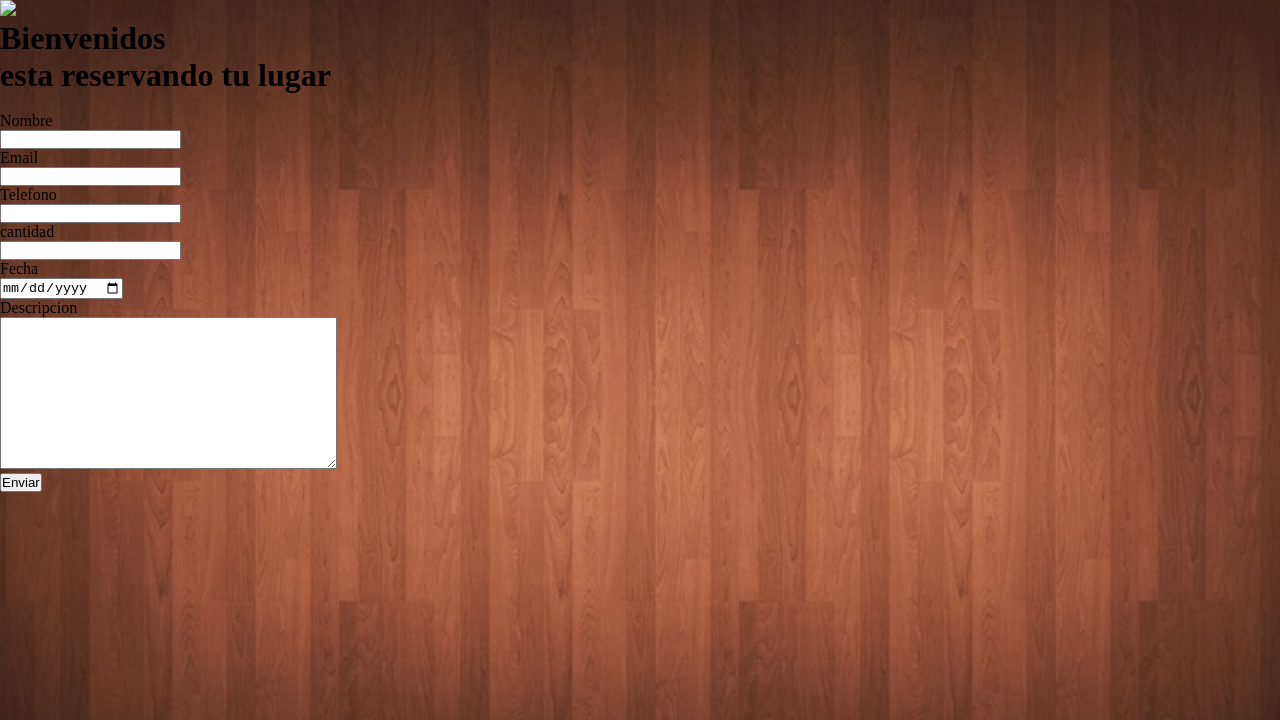
Repository: ye909/aplicacion_restaurante
Page: public/templeis/reserva.html
An editor plug-in stored every save of this project. The page is shown before and after the next save, followed by the edit.
The browser window is 1280 px wide. The pictures show the whole page.

Above is the page before, as saved 2024-10-30 22:39:25.
Not found: public/imagenes/reserva.jpg

### public/templeis/reserva.html
<!DOCTYPE html>
<html lang="en">

<head>
    <meta charset="UTF-8">
    <meta name="viewport" content="width=device-width, initial-scale=1.0">
    <link rel="stylesheet" href="../css/reserva.css">
    <title>Document</title>
</head>

<body>


    <div class="container">
        <img src="../imagenes/reserva.jpg">

        <div class="container_rererva">

            <form action="">
                <h1>Bienvenidos <br>esta reservando tu lugar</h1><br>
                <label for="">Nombre </label><br>
                <input type="text" required>

                <br>
                <label for="">Email<br>
                    <input type="text">
                </label>
                <br>
                <label for="">Telefono<br>
                    <input type="text" required>
                </label>
                <br>
                <label for="">cantidad<br>
                    <input type="number">
                </label>
                <br>
                <label for="">Fecha<br>
                    <input type="date">
                </label>
                <br>
                <label for="">Descripcion<br>
                    <textarea name="" id="" cols="40" rows="10"></textarea>
                </label>
                <br>

                <button>Enviar</button>
            </form>
        </div>
    </div>

</body>

</html>

### public/css/reserva.css


*{
    margin: 0;
    padding: 0;
}
    body{
    background-image:url(/public/imagen/fondo_card.jpg);
    background-repeat:no-repeat;
    box-sizing:border-box;
    background-attachment: fixed;
    background-size:100%;
}
/* .container_fondo{

    display: flex;
    justify-content: space-around;
    align-items: center;
    flex-direction: row;
    flex-wrap: wrap;
    margin-right: 20px;
    } */
  /* .container {
    margin-top: 20px;
    width: 30%;
    background-color: white;
    padding: 20px;
    border-radius: 8px;
    background:rgba(14, 13, 13,0.3);
    display: none;
  }
  .title {
    text-align: center;
    font-size: 24px;
    margin-bottom: 20px;
  }

  .form-group {
    margin-bottom: 15px;
  }
  h2,h1{
    color:yellow;
  }
  label { */
    /* display: block; */
    /* margin-bottom: 5px; */
    /* color:white;
    font-size: 15px;
  }
  input, textarea {
    width: 90%;
    padding: 10px;
    border: 1px solid #ccc;
    border-radius: 4px;
  }
  .inline-group {
    display: flex;
    gap: 10px;

  }
  .inline-group > div {
    width: 46%;
  }
  textarea {
    resize: vertical;
  }


  .submit-button {
    width: 45%;
    padding: 6px;
    background-color: transparent;
    color: white;
    border: none;
    border-radius: 4px;
    font-size: 16px;
    cursor: pointer;
    border:1px solid black;

    border-radius:6px;
  }

  .submit-button:hover {
    background-color: black;
    box-shadow: 1px 1px 1px #0056b3;
  }
  input:focus{
    outline: none;
    }
    select{
        padding: 4px;

    }
    .texto_reserva img{
      object-fit: cover;
      width: 20%;
   animation: animacionglobo 2s 2 linear;
    }
@keyframes animacionglobo {
  from{
opacity: 1;
  }to{
    transform:rotate(360deg);
  }
}
    .texto_reserva{
      display: none;
      width: 40%;
      top: 100px;
      position: fixed;
      text-align: center;
      background:rgba(252, 249, 249,0.4);
      z-index: 22;
      text-wrap:balance;
      line-height: 2;
   border-radius: 10px ;
   animation: animacion 2s  1;

    }
    @keyframes animacion{
from{
  opacity: 0;
  transform: translateY(-400px);
}to{
  opacity: 1;
}
  }



    .container{
    /* display: none;
    }
    .texto_reserva div{
      display: flex;
      justify-content: flex-end;
      font-size: 24px;
      color:red;
      margin: -10px 5px;
      cursor: pointer;
    }
    .texto_reserva p{
      width: 96%;
      margin: 10px;
      padding: 10px;
      font-size: 20px;
    }

    .info{

      font-size: 20px;
  margin-left: 60px;

  }
 */

After the next save:
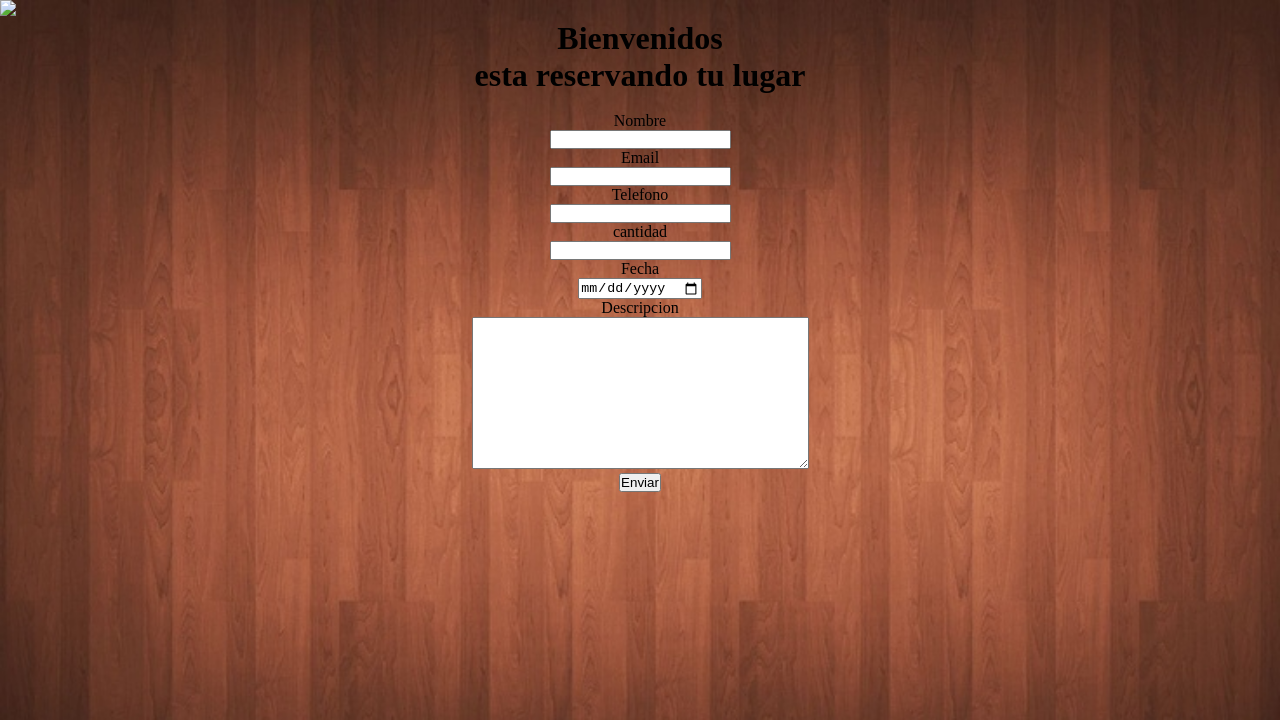
Saved 44 s later.
--- a/public/css/reserva.css
+++ b/public/css/reserva.css
@@ -10,6 +10,9 @@
     box-sizing:border-box;
     background-attachment: fixed;
     background-size:100%;
+}
+.container_rererva{
+  text-align: center;
 }
 /* .container_fondo{
 
